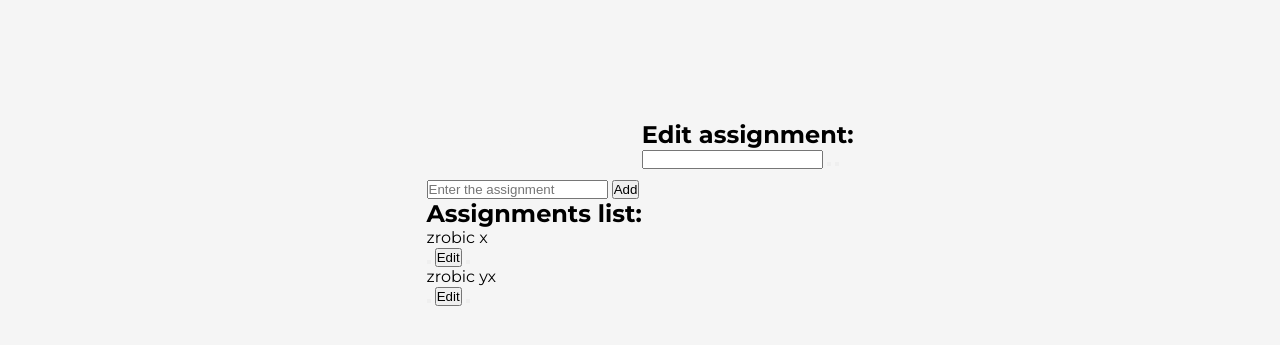
Repository: kimi1723/To-do-app
Page: index.html
The author's editor kept a copy of each file at every save. The page is drawn from the files as they stood at one save, then again after the next save.
The browser window is 1280 px wide. The pictures show the whole page.
Some web libraries are served in a nearby version.

Above is the page before, as saved 2023-03-31 10:50:27.
Console error: TypeError: Cannot read properties of null (reading 'addEventListener')

### index.html
<!DOCTYPE html>
<html lang="pl">

<head>
    <meta charset="UTF-8">
    <meta name="viewport" content="width=device-width, initial-scale=1.0">
    <meta http-equiv="X-UA-Compatible" content="ie=edge">
    <title>To do app</title>
    <script src="https://kit.fontawesome.com/327a0d490c.js" crossorigin="anonymous"></script>
    <link href="https://fonts.googleapis.com/css?family=Montserrat:400,700&display=swap&subset=latin-ext"
        rel="stylesheet">
    <link rel="stylesheet" href="/dist/css/main.min.css">
</head>

<body>
    <main class="to-do">
        <div class="to-do-header">
            <h1 class="to-do-header__heading">To do app</h1>

            <input type="text" class="to-do-header__input" placeholder="Enter the assignment">
            <button class="to-do-header__add-button">Add</button>
        </div>

        <div class="to-do-assignments">
            <h2 class="to-do-assignments__heading">Assignments list:</h2>

            <div class="to-do-assignment">
                <p class="to-do-assignment__text">zrobic x</p>

                <div class="to-do-buttons">
                    <button class="to-do-buttons__button"></button>
                    <button class="to-do-buttons__button to-do-buttons__button--edit">Edit</button>
                    <button class="to-do-buttons__button"></button>
                </div>
            </div>

            <div class="to-do-assignment">
                <p class="to-do-assignment__text">zrobic yx</p>

                <div class="to-do-buttons">
                    <button class="to-do-buttons__button"></button>
                    <button class="to-do-buttons__button to-do-buttons__button--edit">Edit</button>
                    <button class="to-do-buttons__button"></button>
                </div>
            </div>


        </div>
    </main>

    <div class="to-do-edit-assignment">
        <h2 class="to-do-edit-assignment__heading">Edit assignment:</h2>
        <input type="text" class="to-do-edit-assignment__input">
        <button class="to-do-edit-assignment__button to-do-edit-assignment__button--"></button>
        <button class="to-do-edit-assignment__button"></button>
    </div>

    <script src="/dist/js/app.min.js"></script>
</body>

</html>

Loaded but not shown: dist/css/main.min.css (library); dist/js/app.min.js (library)

After the next save:
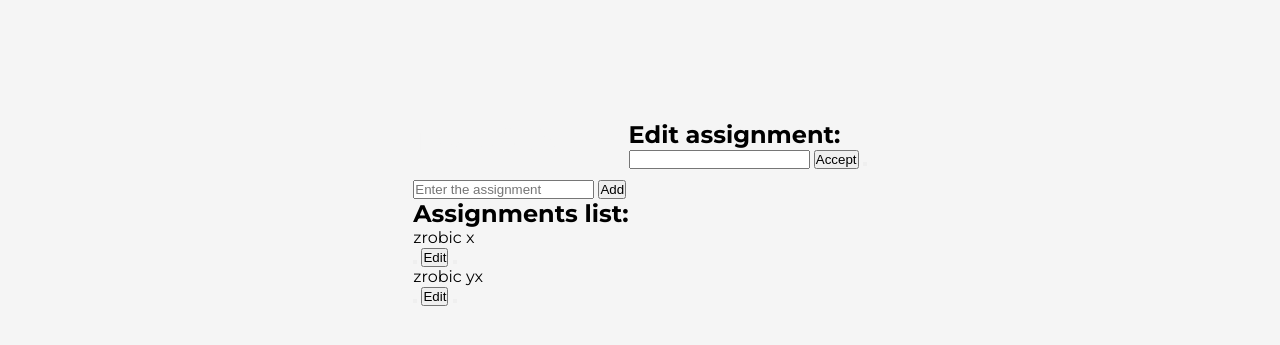
Saved 16 s later.
--- a/index.html
+++ b/index.html
@@ -51,8 +51,8 @@
     <div class="to-do-edit-assignment">
         <h2 class="to-do-edit-assignment__heading">Edit assignment:</h2>
         <input type="text" class="to-do-edit-assignment__input">
-        <button class="to-do-edit-assignment__button to-do-edit-assignment__button--"></button>
-        <button class="to-do-edit-assignment__button"></button>
+        <button class="to-do-edit-assignment__button to-do-edit-assignment__button--accept">Accept</button>
+        <button class="to-do-edit-assignment__button to-do-edit-assignment__button--decline"></button>
     </div>
 
     <script src="/dist/js/app.min.js"></script>
